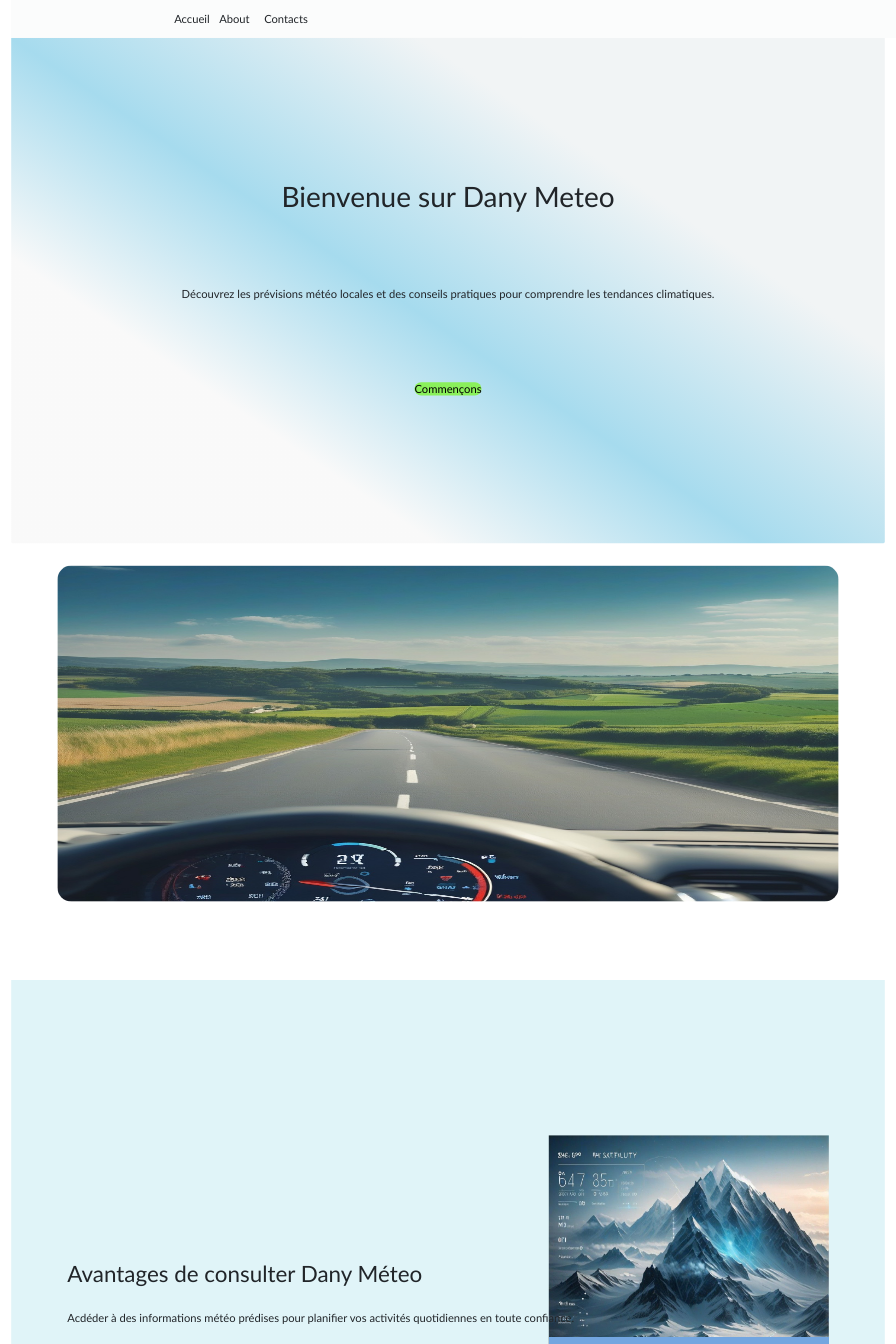
Repository: Dany-py/Blue_Meteo
Page: index.html
An editor plug-in stored every save of this project. The page is shown before and after the next save, followed by the edit.
The browser window is 1280 px wide. The pictures show the part of the page from y = 0 to 1920 px (the page is 3554 px tall), at 70% of full size.

Above is the page before, as saved 2024-11-20 15:27:19.

### index.html
<!DOCTYPE html>
<html>

<head>
  <meta charset="utf-8">
  <meta name="viewport" content="width=device-width">
  <title>Meteo</title>
  <link href="https://cdn.jsdelivr.net/npm/bootstrap@5.3.3/dist/css/bootstrap.min.css" rel="stylesheet" integrity="sha384-QWTKZyjpPEjISv5WaRU9OFeRpok6YctnYmDr5pNlyT2bRjXh0JMhjY6hW+ALEwIH" crossorigin="anonymous">
  <script src="https://cdn.jsdelivr.net/npm/bootstrap@5.3.3/dist/js/bootstrap.bundle.min.js" integrity="sha384-YvpcrYf0tY3lHB60NNkmXc5s9fDVZLESaAA55NDzOxhy9GkcIdslK1eN7N6jIeHz" crossorigin="anonymous"></script>
  <link rel="stylesheet" href="Meteo.css">
</head>

<body>
  <nav class="navbar navbar-expand-md" style="background-color:#FBFCFC; position: fixed; width: 100%; top: 0;">

    <div class="container" id="nav">
      <div class="row">
        <div class="col-md-5"></div>
        <div class="col-md-7">
          <div class="row">
            <div class="col-md-4">
              <a class = "btn" href = "">
                Accueil
              </a>
            </div>
            <div class="col-md-4">
              <a class = "btn" href = "">
                About
              </a>
            </div>
            <div class="col-md-4">
              <a class = "btn" href = "">
                Contacts
              </a>
            </div>
          </div>
        </div>
      </div>
    </div>
  </nav>

  <div class = "container-fluid" id = "introduction">

    <h1>Bienvenue sur Dany Meteo</h1>
    <br><br><br><br>
    <p>Découvrez les prévisions météo locales et des conseils pratiques pour comprendre les tendances climatiques.</p>
    <br><br><br><br>
    <a href="#parent_main_div">Commençons</a>
  </div>

  <div class = "container" id="img5">
    <img src="img/img5.jpeg">
  </div>

  <div class="container-fluid" id="div2">
    <div class="writen">
      <h2>Avantages de consulter Dany Méteo</h2> <br>
      <p>Acdéder à des informations météo prédises pour planifier vos activités quotidiennes en toute confiance.</p>
    </div>

    <div class="figure">
      <img src="img/img3.jpg">

      <span class="under_figure">
        <img src="img/neige.png" id="icon1">
        <h3>1.245</h3><br>
        <p>Prédictions météo exacte ce mois-ci</p>
      </span>
    </div>
  </div>

  <div class = "container" id="parent_main_div">
    <div class = "row">
      <div class = "col-md-4"></div>
      <div class = "col-md-4" id = "main_div">
        <p id="response"></p>
        <input type="text" placeholder="Ville" id="put">
        <br><br>
        <button id = "btn">Valider</button>
      </div>
      <div class = "col-md-4"></div>
    </div>
  </div>

  <div class = "container" id = "div3">
    <h3>
      Explorez les Ressources Météo Locales
    </h3><br><br>
    <p>
      Restez informé avec nos prévisions locales détaillées et nos conseils pratiques.<br>Ne manquez pas les dernières tendances climatiques pour mieux planifier vos projets.
    </p>

    <div class="row">
      <div class="col-md-4">
        <img src="img/img2.jpg" alt="">
      </div>
      <div class="col-md-4">
        <img src="img/img1.jpg" alt="">
      </div>
      <div class="col-md-4">
        <img src="img/img4.jpeg" alt="">
      </div>
    </div>
  </div>

  <footer>
    <div class="container-fluid text-center">
      <p1>
        <br><br><br>
        Copyright &copy; 2024 Dany Meteo. Tous droits réservés.
      </p1>
    </div>
  </footer>

  <script src="Meteo.js"></script>
</body>

</html>

### Meteo.css

body{
  font-family: Gill Sans, sans-serif;
  padding: 1em;
  align-items: center;
  justify-content: center;
}

button{
  background-color: #5eed8d;
  text-align: center;
  border : none;
  border-radius: 30px;
  width : 9rem;
  height: 50px;
}

h{
  font-weight: 900;
}


#introduction{
  text-align: center;
  margin-top: 2em;
  padding: 13em;
  border-radius: 2px;
  background: rgb(238,238,238);
  background: linear-gradient(34deg, rgba(238,238,238,0.34905660377358494) 26%, rgba(166,219,238,1) 46%, rgba(241,244,245,1) 71%);
}

a{
  text-decoration: none;
  color: black;
  background-color: #8af05b;
  text-align: center;
  border : none;
  border-radius: 30px;
}

#img5{
  width: 100%;
  height: 70%;
}

img{
  width: 100%;
  height: 30rem;
  border-radius: 20px;
  margin-top: 2em;

}

#parent_main_div{
  display: flex;
  flex-grow: 1;
  flex-direction: column;
  justify-content: center;
  align-items: center;
}

#main_div{
  display: flex;
  flex-wrap: wrap;
  flex-direction: column;
  justify-content: center;
  align-items: center;
  background-color: #c8eef5;
  margin-top: 2em;
  width : 25rem;
  height: 20rem;
  border-radius: 30px;
}


input{
  border: none;
  text-align : center;
  width : 11rem;
  height: 3em;
  border-radius : 20px;
}


#div2{
  background-color: #e0f4f8;
  margin-top: 7em;
  padding: 5rem;
  width: 100%;
  height: 55rem;
}

.writen{
  transform: translateY(20rem);

}
.figure{
  float: right;
  width: 25rem;
  height: 10rem;
  display: flex;
  flex-grow: 1;
}
.figure img{
  border-radius: 0;
  flex-grow: 1;
}

.under_figure{
  background-color: #73a6e0;
  width: 25rem;
  height: 15rem;
  position: absolute;
  padding: 2em;
  margin-top: 20em;
}

#icon1{
  width: 3rem;
  height: 3rem;
}

#div3{
  text-align: center;
  margin-top: 3em;
}

#div3 img{
  -webkit-transition: all 0.2s;
  -moz-transition: all 0.2s;
  -ms-transition: all 0.2s;
  -o-transition: all 0.2s;
  transition: all 0.2s;
}

img:hover{
  transform:rotate3d(0,1,0,180deg);
}

footer{
  background-color: black;
  color: white;
  margin-top: 2em;
  width: 100%;
  height: 10em;
}

@media screen and (max-width : 450px) {

  #introduction{
    text-align: center;
    margin-top: 2em;
    width: 15rem;
    height: 50rem;
    padding: 5em;
    border-radius: 2px;
    background: rgb(238,238,238);
    background: linear-gradient(34deg, rgba(238,238,238,0.34905660377358494) 26%, rgba(166,219,238,1) 46%, rgba(241,244,245,1) 71%);
  }


  #main_div{
    display: flex;
    flex-wrap: wrap;
    flex-direction: column;
    justify-content: center;
    align-items: center;
    background-color: #c8eef5;
    margin-top: 2em;
    width : 15rem;
    height: 20rem;
    border-radius: 30px;
  }

  #div2{
    margin-top: 2em;
    padding: 2rem;
    width: 100%;
    height: 40rem;
  }

  .writen{
    transform: translateY(10rem);
  }
  .figure{
    display: none;
  }
}

### Meteo.js
const entrie = document.querySelector("#put");

let recive = "";

const retour = document.querySelector("#response");

const bouton = document.querySelector("#btn");

let ville_presente = false;

addEventListener("DOMContentLoaded", () => Ma_signature());
const url =
  "https://api.meteo-concept.com/api/forecast/daily/0?token=36ef80f9b9c5e2310d624239d73726c34673d397cf14101abb5c1e8239ce23f4&insee=";

let Code_INSEE = new Object();

Code_INSEE = {
  Paris: "75056",
  Marseille: "13055",
  Lyon: "69123",
  Toulouse: "31555",
  Nice: "06088",
  Nantes: "44109",
  Montpellier: "34172",
  Strasbourg: "67482",
  Bordeaux: "33063",
  Lille: "59350",
  Rennes: "35238",
  Toulon: "83137",
  Reims: "51454",
  Saint_Etienne: "42218",
  Havre: "76351",
  Dijon: "21231",
  Grenoble: "38185",
  Angers: "49007",
  Villeurbanne: "69266",
  Saint_Denis: "93066",
  Nimes: "30189",
  Aix_en_Provence: "13001",
  Clermont_Ferrand: "63113",
  Le_Mans: "72181",
  Brest: "29019",
  Tours: "37261",
  Amiens: "80021",
  Annecy: "74010",
  Limoges: "87085",
  Metz: "57463",
  Boulogne_Billancourt: "92012",
  Perpignan: "66136",
  Besançon: "25056",
  Orléans: "45234",
  Rouen: "76540",
  Montreuil: "93048",
  Caen: "14118",
  Argenteuil: "95018",
  Mulhouse: "68224",
  Saint_Paul: "73269",
  Nancy: "54395",
  Tourcoing: "59599",
  Roubaix: "59512",
  Nanterre: "92050",
  Vitry_sur_Seine: "94081",
  Créteil: "94028",
  Avignon: "84007",
  Poitiers: "86194",
  Aubervilliers: "93001",
};

bouton.addEventListener("click", () => Meteo_API(recive));

function Meteo_API(ville) {
  ville = entrie.value;
  retour.innerText = "Un instant";
  if (Code_INSEE[ville] == undefined) {
    const re = document.createElement("p");
    alert("Saisisez une autre ville");
    re.innerText =
      "Nous sommes désolé, nous ne disposons que des informations sur les villes de France";
    retour.innerText = "";
    retour.appendChild(re);
  } else {
    fetch(url + Code_INSEE[ville])
      .then((reponse) => {
        return reponse.json();
      })
      .then((attribut) => {
        let city = new Object();
        let proprieter = new Object();
        const ptext = document.createElement("p");
        city = attribut.city;
        proprieter = attribut.forecast;
        ptext.innerText =
          "Votre ville " +
          city.name +
          ", pour aujourd'hui" +
          ", a " +
          proprieter.probafog +
          "% de risque de brouillard, " +
          proprieter.probafrost +
          "% de risque de givre, " +
          proprieter.probarain +
          "% de risque de pluie";
        retour.innerText = "";
        retour.appendChild(ptext);
      });
  }
}

function afficherTexte(text) {
  let index  = 0
  if (index < text.length) {
      retour.innerHTML += text.charAt(index);
      index++;
      setTimeout(afficherTexte, 50); // Vitesse (en millisecondes)
  }
}


function Ma_signature() {
  const p =
    "Site réaliser par DEGBE Koffitsè Daniel. Contact : www.linkedin.com/in/daniel-degbe-a4078629b";
  console.log(p);
}

After the next save:
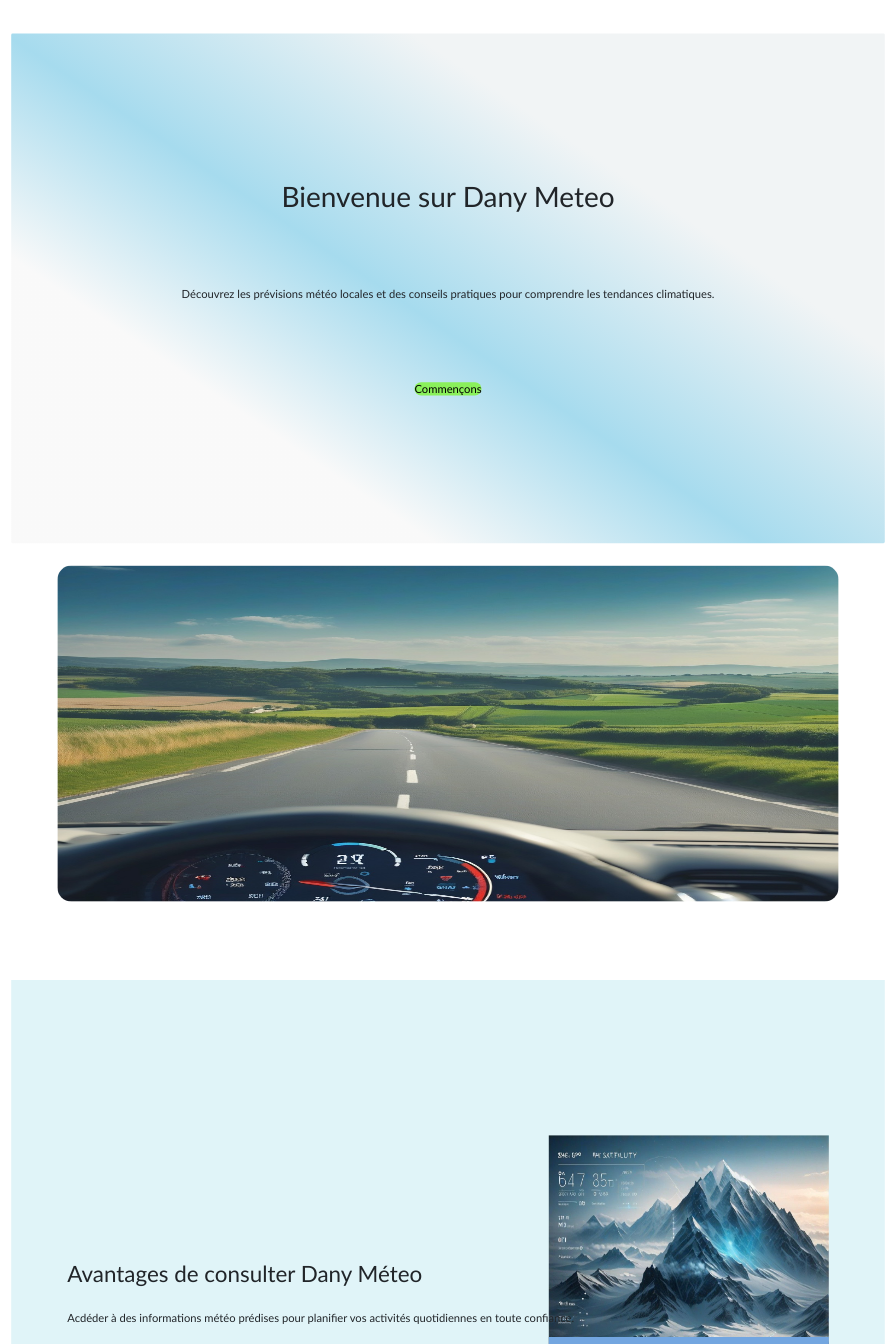
Saved 46 h 11 min later.
--- a/index.html
+++ b/index.html
@@ -11,33 +11,7 @@
 </head>
 
 <body>
-  <nav class="navbar navbar-expand-md" style="background-color:#FBFCFC; position: fixed; width: 100%; top: 0;">
 
-    <div class="container" id="nav">
-      <div class="row">
-        <div class="col-md-5"></div>
-        <div class="col-md-7">
-          <div class="row">
-            <div class="col-md-4">
-              <a class = "btn" href = "">
-                Accueil
-              </a>
-            </div>
-            <div class="col-md-4">
-              <a class = "btn" href = "">
-                About
-              </a>
-            </div>
-            <div class="col-md-4">
-              <a class = "btn" href = "">
-                Contacts
-              </a>
-            </div>
-          </div>
-        </div>
-      </div>
-    </div>
-  </nav>
 
   <div class = "container-fluid" id = "introduction">
 
